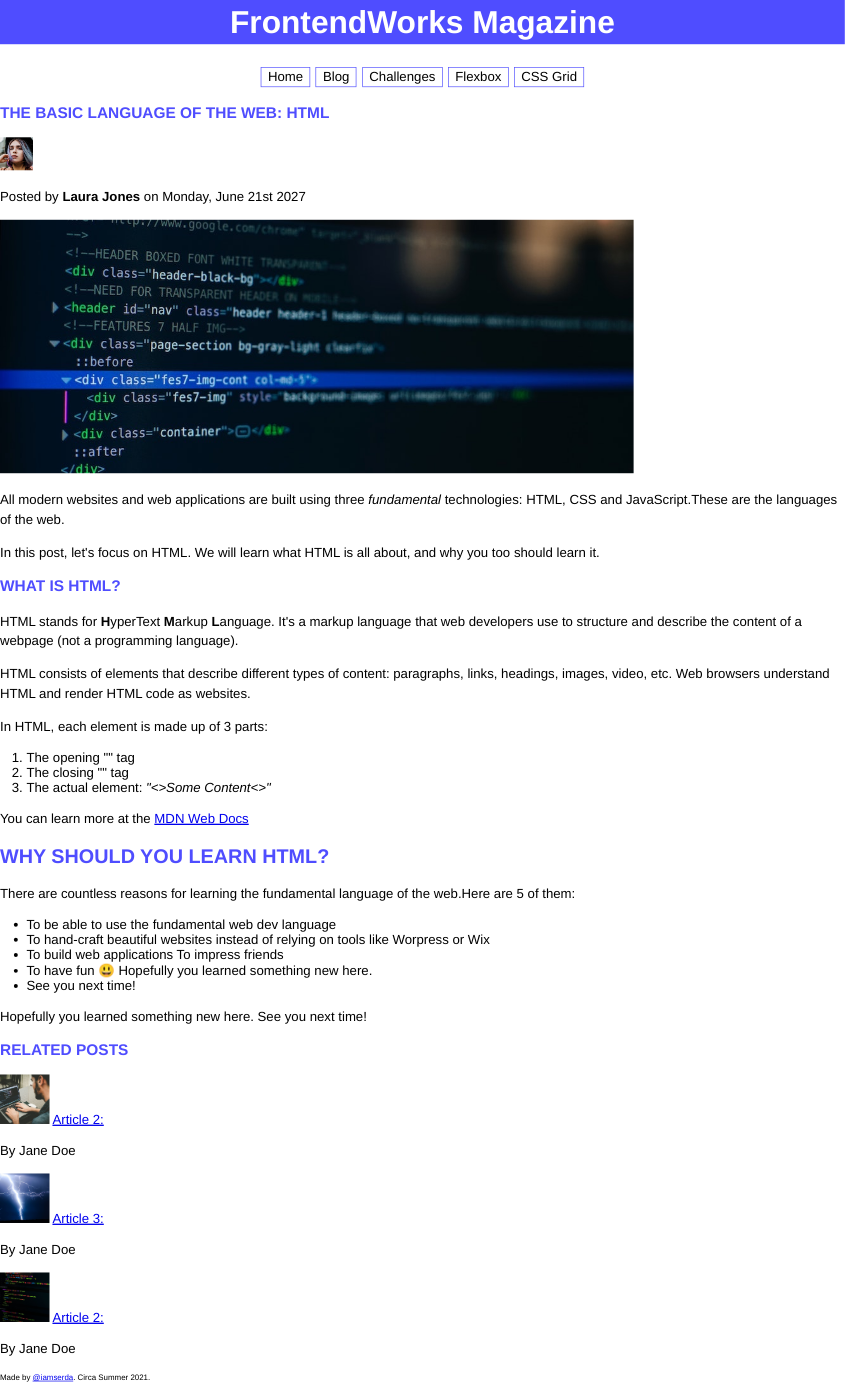
Repository: iamserda/html-css-course
Page: starter/02-HTML-Fundamentals/index.html
The author's editor kept a copy of each file at every save. The page is drawn from the files as they stood at one save, then again after the next save.
The browser window is 1280 px wide. The pictures show the whole page, at 66% of full size.

Above is the page before, as saved 2021-07-17 16:07:04.

After the next save:
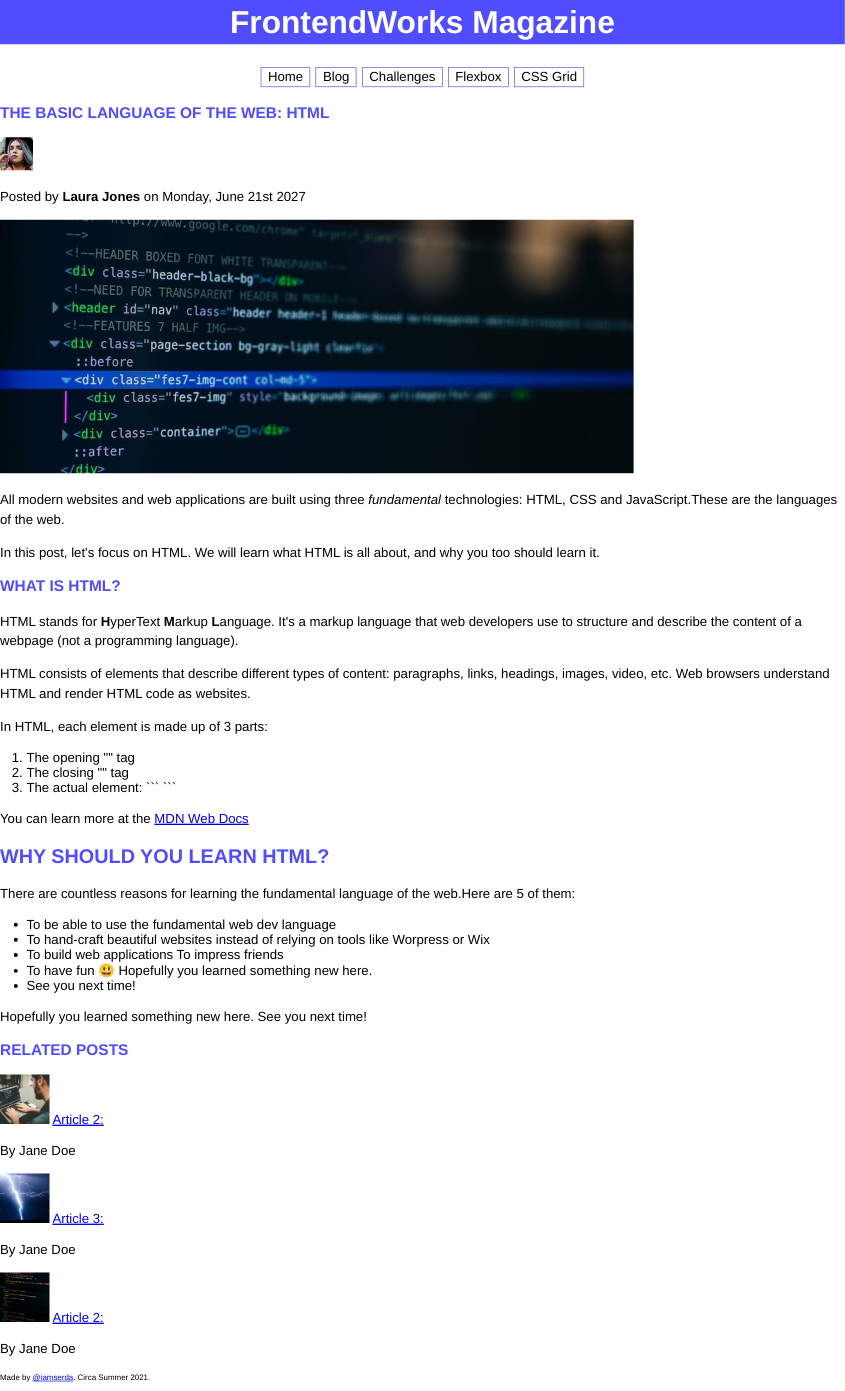
Saved 18 s later.
--- a/starter/02-HTML-Fundamentals/index.html
+++ b/starter/02-HTML-Fundamentals/index.html
@@ -56,7 +56,7 @@
                     <ol>
                         <li>The opening "<openingtag>" tag</li>
                         <li>The closing "</closingtag>" tag</li>
-                        <li>The actual element: <em>"<>Some Content<>"</em></li>
+                        <li>The actual element: ``` ```</li>
                     </ol>
                     <p>
                         You can learn more at the
